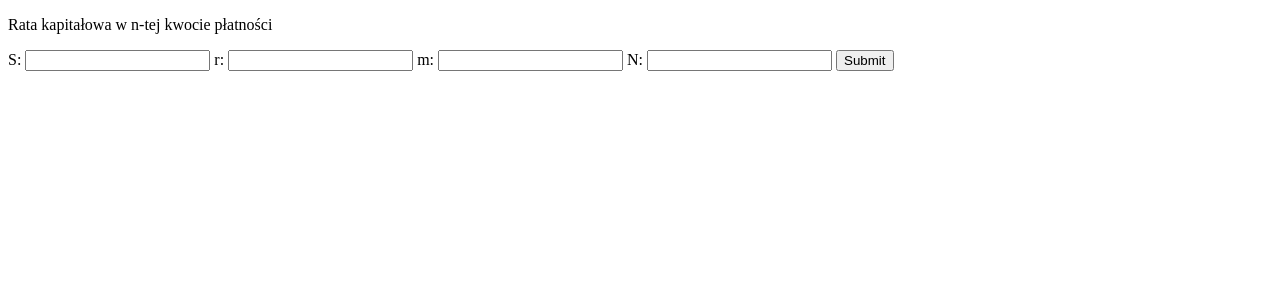
Repository: ravkita/MFCalc
Page: index.html
The author's editor kept a copy of each file at every save. The page is drawn from the files as they stood at one save, then again after the next save.
The browser window is 1280 px wide. The pictures show the whole page.

Above is the page before, as saved 2021-04-12 16:40:47.

### index.html
<!DOCTYPE html>
<html lang="en">
<head>
    <meta charset="UTF-8">
    <meta http-equiv="X-UA-Compatible" content="IE=edge">
    <meta name="viewport" content="width=device-width, initial-scale=1.0">
    <title>Kalkulator</title>
</head>
<body>
    <p class="title">Rata kapitałowa w n-tej kwocie płatności </p>
    <form action="" id="rata">
        <label for="S">S:</label> <input type="number" name="S" class="s">
        <label for="r">r:</label> <input type="number" name="r" class="r">
        <label for="m">m:</label> <input type="number" name="m" class="m">
        <label for="N">N:</label> <input type="number" name="N" class="N">
        <input type="submit" name="confirm" id="confirm">
    </form>

    <script type="text/javascript">
        function rata(){
            document.getElementById('confirm').addEventListener('click', (e) =>{
                e.preventDefault;
                let s = document.querySelector('.s').value;
                let r = document.querySelector('.r').value;
                let m = document.querySelector('.m').value;
                let N = document.querySelector('.N').value;
                console.log(s);
            });
        }
    </script>
</body>
</html>

After the next save:
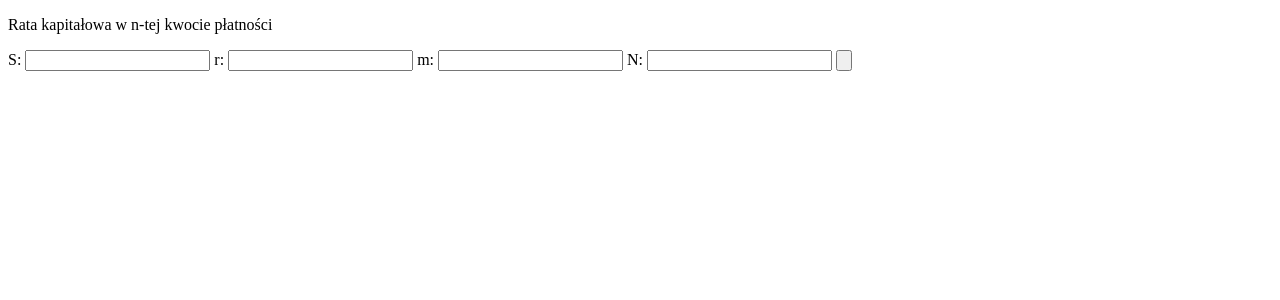
Saved 21 s later.
--- a/index.html
+++ b/index.html
@@ -13,13 +13,12 @@
         <label for="r">r:</label> <input type="number" name="r" class="r">
         <label for="m">m:</label> <input type="number" name="m" class="m">
         <label for="N">N:</label> <input type="number" name="N" class="N">
-        <input type="submit" name="confirm" id="confirm">
+        <input type="button" name="confirm" id="confirm">
     </form>
 
     <script type="text/javascript">
         function rata(){
             document.getElementById('confirm').addEventListener('click', (e) =>{
-                e.preventDefault;
                 let s = document.querySelector('.s').value;
                 let r = document.querySelector('.r').value;
                 let m = document.querySelector('.m').value;
